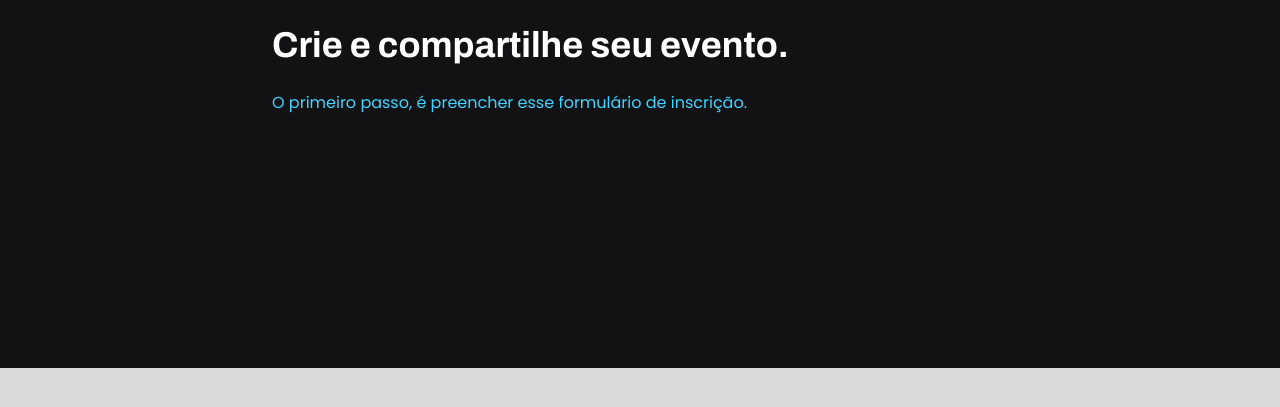
Repository: devMuriloOliveira/Formulario
Page: index.html
These files come from the project's save history. The page is drawn as it stood at one moment and after the next save; the edit follows.
The browser window is 1280 px wide. The pictures show the whole page.

Above is the page before, as saved 2023-10-30 19:40:19.

### index.html
<!DOCTYPE html>
<html lang="en">
  <head>
    <link rel="preconnect" href="https://fonts.googleapis.com" />
    <link rel="preconnect" href="https://fonts.gstatic.com" crossorigin />
    <meta charset="UTF-8" />
    <meta name="viewport" content="width=device-width, initial-scale=1.0" />
    <title>Crie seu evento</title>
    <link rel="stylesheet" href="style.css" />

    <link
      href="https://fonts.googleapis.com/css2?family=Archivo:wght@600;700&family=Poppins&display=swap"
      rel="stylesheet"
    />
  </head>
  <body>
    <div class="page">
      <header>
        <h1>Crie e compartilhe seu evento.</h1>
        <p>O primeiro passo, é preencher esse formulário de inscrição.</p>
      </header>

      <form action=""></form>
    </div>
  </body>
</html>

### style.css
body{
  font-family: 'Poppins', sans-serif;
  background-color: #D9D9D9;
}

body::before{
  content: '';
  width: 100%;
  height: 368px;

  position: absolute;
  top: 0;
  left: 0;
  z-index: -1;
  background: #121214;
}

header{
  width: 736px;
  margin: auto;
}

header h1{
  font-family: 'Archivo', sans-serif;
  font-weight: bold;

  font-size: 36px;
  line-height: 42px;
  color: white;
}

header p{
  color: #42D3FF;
  font-size: 16px;
  line-height: 26px;
}

After the next save:
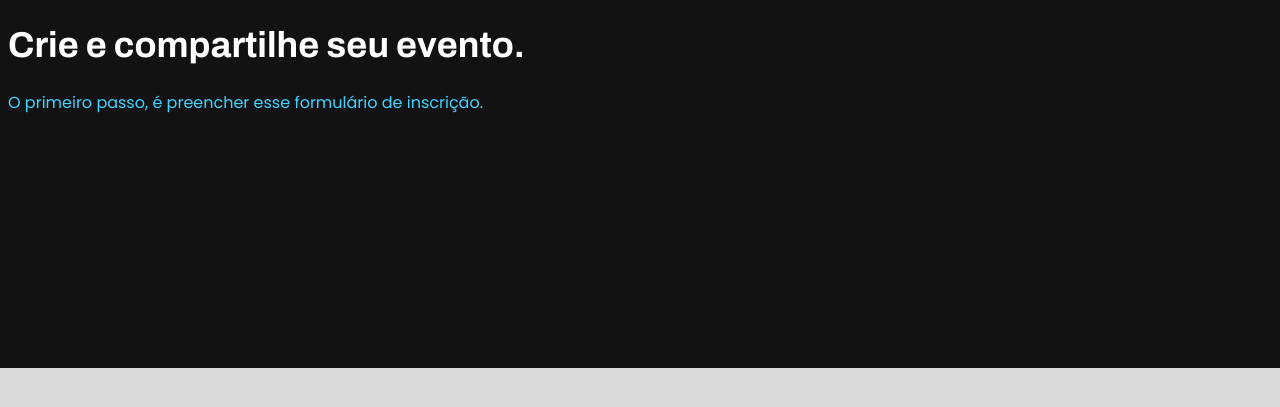
Saved 18 s later.
--- a/style.css
+++ b/style.css
@@ -15,7 +15,7 @@ body::before{
   background: #121214;
 }
 
-header{
+page{
   width: 736px;
   margin: auto;
 }
